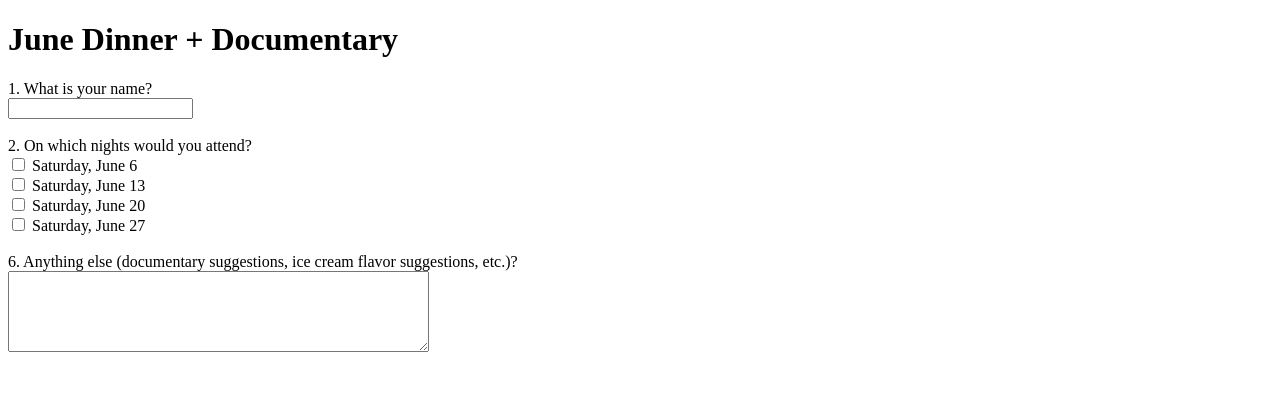
Repository: bhuhmann/event-survey
Page: survey.html
The author's editor kept a copy of each file at every save. The page is drawn from the files as they stood at one save, then again after the next save.
The browser window is 1280 px wide. The pictures show the whole page.

Above is the page before, as saved 2020-03-31 19:39:54.

### survey.html
<!DOCTYPE html>
<html>
    <head>
        <title>June Dinner + Documentary</title>
    </head>
    <body>
        <h1>June Dinner + Documentary</h1>
        <!--TODO: form needs an action="" something, but I don't know how this works yet-->
        <form method="GET">
            <!--TODO: consider if further data validation would be useful-->
            <!--TODO: can I make automatic numbering happen so that I can easily reorder/add/remove questions?-->
            <!--TODO: make question font larger than answer font-->
            <label for="name">1. What is your name?</label>
            <br>
            <input id="name" type="text" name="name" required>
            <br>
            <br>
            <span>2. On which nights would you attend?</span>
            <br>
            <!--TODO: consider what date value should be for proper input into database-->
            <input id='dates' type="checkbox" name="dates" value="Saturday, June 6">
            <label for="dates">Saturday, June 6</label>
            <br>
            <input id='dates' type="checkbox" name="dates" value="Saturday, June 13">
            <label for="dates">Saturday, June 13</label>
            <br>
            <input id='dates' type="checkbox" name="dates" value="Saturday, June 20">
            <label for="dates">Saturday, June 20</label>
            <br>
            <input id='dates' type="checkbox" name="dates" value="Saturday, June 27">
            <label for="dates">Saturday, June 27</label>
            <br>
            <!--The idea for the ranked-choice options is to do a drag-and-drop implementation similar to what
            Survey Monkey has currently. Specifically, when a person drags and drops an item, the numbers of
            all the items get initially set. Similar to the current implementation, the idea is that people
            can also use a dropdown to select a specific rank for any particular item. However, we should have some
            check for / enforced agreement between manually set rank and drag-and-drop rank. Additionally,
            unlike the current Survey Monkey implementation, we should allow for ties (maybe?) and allow for
            unranked items. For the actual vote tallying, Kevin suggests Condorcet.-->
            <!--Please rank the films in order of preference. Maybe drag and drop, probably requires JS?-->
            <!--Please rank the main dishes in order of preference. Maybe drag and drop, probably requires JS?-->
            <!--Please rank the ice cream flavors in order of preference. Maybe drag and drop, probably requires JS?-->
            <br>
            <label for="anything">6. Anything else (documentary suggestions, ice cream flavor suggestions, etc.)?</label>
            <br>
            <textarea id="anything" name="free-response" rows=5 cols=50></textarea>
            <!--Submission button-->
        </form>
    </body>
</html>

After the next save:
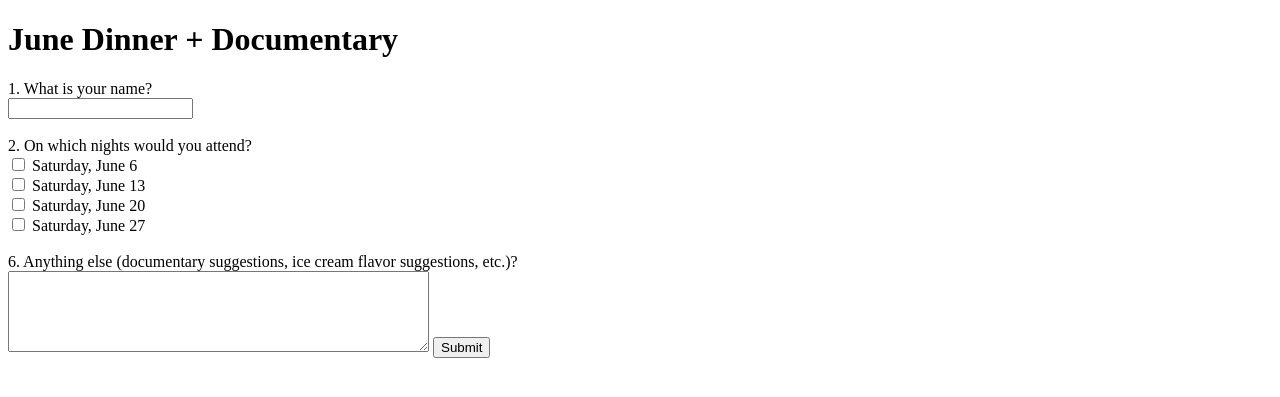
Saved 24 min 12 s later.
--- a/survey.html
+++ b/survey.html
@@ -45,6 +45,7 @@
             <br>
             <textarea id="anything" name="free-response" rows=5 cols=50></textarea>
             <!--Submission button-->
+            <input type="submit">
         </form>
     </body>
 </html>
